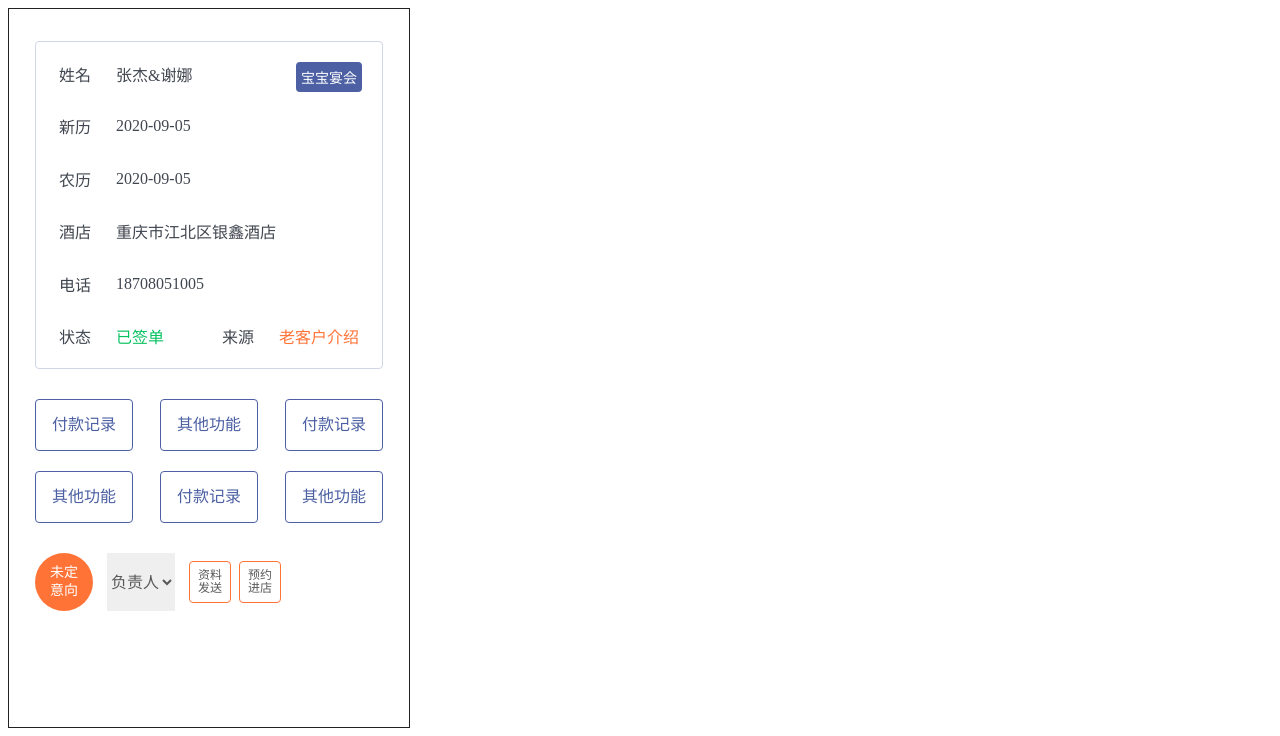
Repository: Lairuola/wedding-1
Page: index.html
These files come from the project's save history. The page is drawn as it stood at one moment and after the next save; the edit follows.
The browser window is 1280 px wide. The pictures show the whole page.

Above is the page before, as saved 2020-12-17 14:30:43.

### index.html
<!--
 * @Author       : 濑若拉
 * @Date         : 2020-12-17 10:22:14
 * @LastEditors  : 濑若拉
 * @LastEditTime : 2020-12-17 14:30:43
 * @FilePath     : /slidebar/index.html
-->


<!DOCTYPE html>
<html lang="en">

<head>
  <meta charset="UTF-8">
  <meta name="viewport" content="width=device-width, initial-scale=1.0">
  <title>Document</title>
  <style>
    .slide-left {
      width: 402px;
      height: 100vh;
      box-sizing: border-box;
      padding: 32px 26px;
      overflow-y: auto;
      display: flex;
      flex-direction: column;
      align-items: center;
      border: 1px solid #222;
    }

    .info {
      width: 100%;
      height: 328px;
      display: flex;
      flex-direction: column;
      justify-content: space-between;
      padding: 20px 23px;
      position: relative;
      box-sizing: border-box;
      border-radius: 4px;
      border: solid 1px #d1d6e7;
    }

    .info .row {
      width: 100%;
      display: flex;
      font-size: 16px;
      color: #414750;
      flex-direction: row;
      align-items: center;
    }

    .info .row .label,
    .info .end-row .item .label {
      margin-right: 25px;
    }

    .info .end-row {
      width: 100%;
      display: flex;
      flex-direction: row;
      align-items: center;
      justify-content: space-between;
      font-size: 16px;
      color: #414750;
    }

    .info .end-row .item {
      display: flex;
      flex-direction: row;
      align-items: center;
      font-size: 16px;
      color: #414750;
    }

    .info .info-tag {
      padding: 5px;
      background-color: #4c60a3;
      border-radius: 4px;
      font-size: 14px;
      color: #fff;
      position: absolute;
      top: 20px;
      right: 20px;
    }

    .btn-area {
      width: 100%;
      display: flex;
      flex-direction: row;
      align-items: center;
      justify-content: space-between;
      flex-wrap: wrap;
      margin-top: 10px;
      margin-bottom: 30px;
    }

    .btn-area .btn {
      width: 96px;
      height: 50px;
      background-color: #ffffff;
      border-radius: 4px;
      border: solid 1px #4c60a3;
      font-size: 16px;
      color: #4c60a3;
      text-align: center;
      line-height: 50px;
      margin-top: 20px;
    }

    .bot-area {
      width: 100%;
      display: flex;
      flex-direction: column;
    }

    .bot-area .item {
      width: 100%;
      display: flex;
      flex-direction: row;
    }

    .bot-area .item .circle {
      width: 58px;
      height: 58px;
      color: #fff;
      border-radius: 100%;
      display: flex;
      align-items: center;
      justify-content: center;
    }

    .bot-area .item .circle .text {
      width: 28px;
      height: 36px;
      font-size: 14px;
      line-height: 18px;
    }

    .bot-area .item .bot-select {
      border: none;
      outline: none;
      margin: 0 14px;
      color: #595959;
      font-size: 16px;
      width: 68px;
      height: 58px;
    }

    .bot-area .item .btn-row {
      flex: 1;
      display: flex;
      flex-direction: row;
      flex-wrap: wrap;
      margin-right: -8px;
    }

    .bot-area .item .btn-row .btn {
      width: 40px;
      height: 40px;
      border-radius: 4px;
      margin-right: 8px;
      border: 1px solid;
      display: flex;
      align-items: center;
      justify-content: center;
      margin-top: 8px;
      color: #595959;
    }

    .bot-area .item .btn-row .btn .word {
      width: 24px;
      height: 26px;
      font-size: 12px;
      line-height: 13px;
      letter-spacing: 0px;
    }

    .bot-area .item .btn-row .btn.orange {
      border-color: #ff7336;
    }

    .bot-area .item .btn-row .btn.orange:hover {
      background-color: #ff7336;
      color: #fff;
    }

    .color-green {
      color: #07c160
    }

    .color-orange {
      color: #ff7336;
    }

    .bg-color-red {
      background-color: #ff7336;
    }
  </style>
</head>

<body>
  <div class="slide-left">
    <!-- 资料 -->
    <div class="info">
      <div class="row">
        <div class="label">姓名</div>
        <div class="content">张杰&谢娜</div>
      </div>
      <div class="row">
        <div class="label">新历</div>
        <div class="content">2020-09-05</div>
      </div>
      <div class="row">
        <div class="label">农历</div>
        <div class="content">2020-09-05</div>
      </div>
      <div class="row">
        <div class="label">酒店</div>
        <div class="content">重庆市江北区银鑫酒店</div>
      </div>
      <div class="row">
        <div class="label">电话</div>
        <div class="content">18708051005</div>
      </div>
      <div class="end-row">
        <div class="item">
          <div class="label">状态</div>
          <div class="content color-green">已签单</div>
        </div>
        <div class="item">
          <div class="label">来源</div>
          <div class="content color-orange">老客户介绍</div>
        </div>
      </div>
      <!-- tag -->
      <div class="info-tag">宝宝宴会</div>
    </div>
    <!-- btn-area -->
    <div class="btn-area">
      <div class="btn">付款记录</div>
      <div class="btn">其他功能</div>
      <div class="btn">付款记录</div>
      <div class="btn">其他功能</div>
      <div class="btn">付款记录</div>
      <div class="btn">其他功能</div>
    </div>
    <!-- bot-area -->
    <div class="bot-area">
      <div class="item">
        <div class="circle bg-color-red">
          <div class="text">未定意向</div>
        </div>
        <select class='bot-select' name="" id="">
          <option value="">负责人</option>
        </select>
        <div class="btn-row">
          <div class="btn orange">
            <div class="word">资料发送</div>
          </div>
          <div class="btn orange">
            <div class="word">预约进店</div>
          </div>
        </div>
      </div>
    </div>
  </div>
</body>

</html>

After the next save:
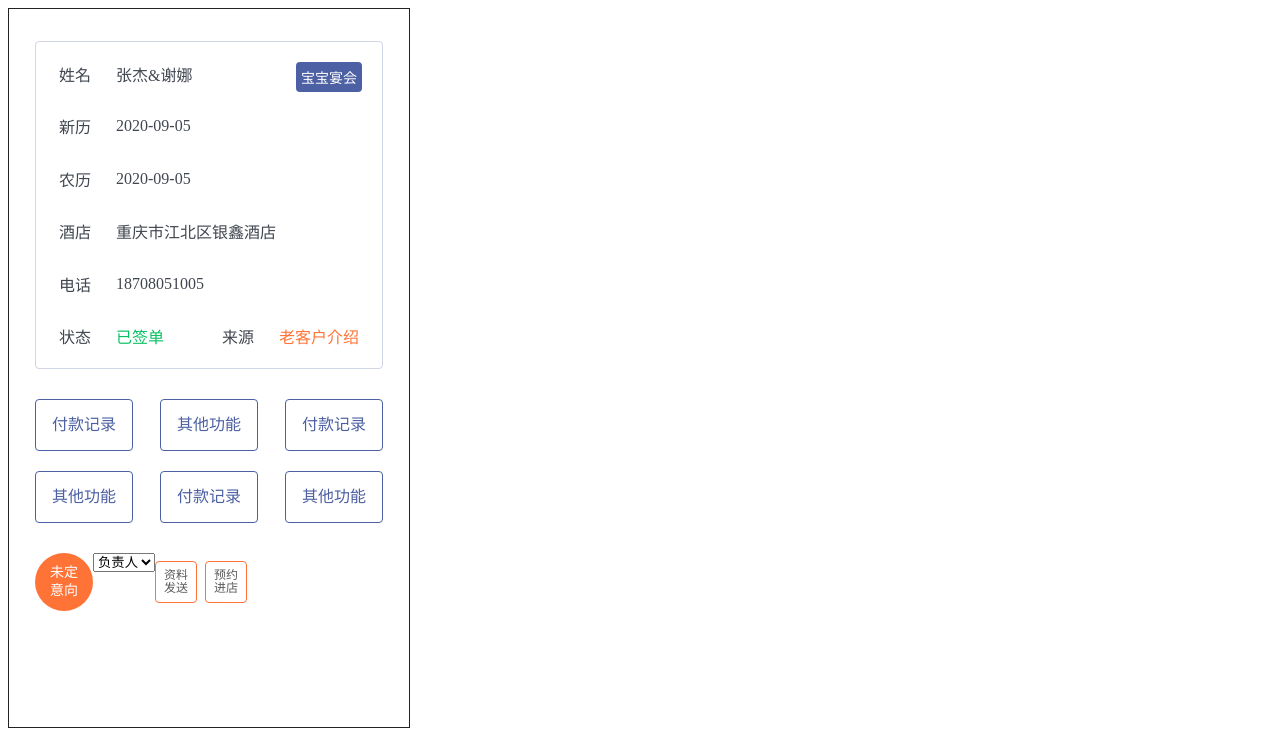
Saved 4 min 10 s later.
--- a/index.html
+++ b/index.html
@@ -2,7 +2,7 @@
  * @Author       : 濑若拉
  * @Date         : 2020-12-17 10:22:14
  * @LastEditors  : 濑若拉
- * @LastEditTime : 2020-12-17 14:30:43
+ * @LastEditTime : 2020-12-17 14:34:53
  * @FilePath     : /slidebar/index.html
 -->
 
@@ -136,13 +136,16 @@
       line-height: 18px;
     }
 
-    .bot-area .item .bot-select {
+    .bot-area .item .select-wrap {
+      width: 96px;
+      text-align: center;
+    }
+
+    .bot-area .item .select-wrap .bot-select {
       border: none;
       outline: none;
-      margin: 0 14px;
       color: #595959;
       font-size: 16px;
-      width: 68px;
       height: 58px;
     }
 
@@ -250,9 +253,11 @@
         <div class="circle bg-color-red">
           <div class="text">未定意向</div>
         </div>
-        <select class='bot-select' name="" id="">
-          <option value="">负责人</option>
-        </select>
+        <div class="">
+          <select class='bot-select' name="" id="">
+            <option value="">负责人</option>
+          </select>
+        </div>
         <div class="btn-row">
           <div class="btn orange">
             <div class="word">资料发送</div>
